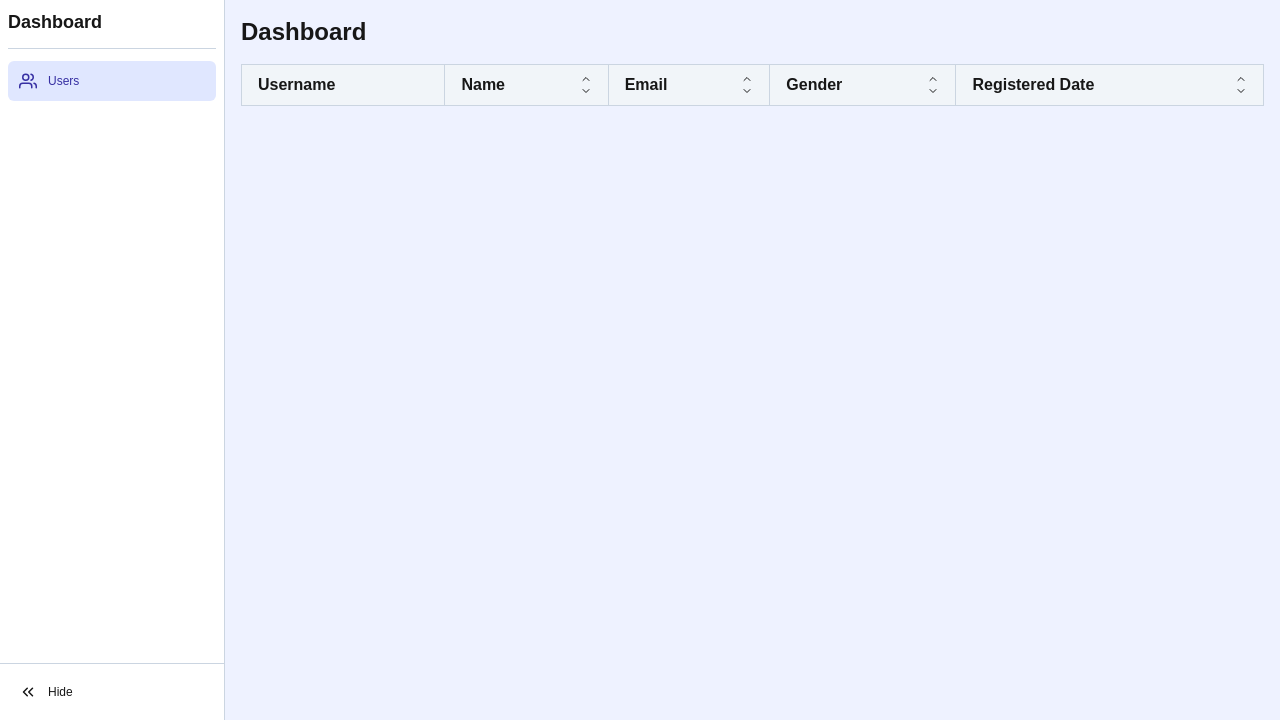
Repository: Ademaulana100499/userdashboard
Page: /
An editor plug-in stored every save of this project. The page is shown before and after the next save, followed by the edit.
The browser window is 1280 px wide. The pictures show the whole page.
The page's requests for data from a server got no answer. The project was rebuilt for these pictures with package versions that can differ from the ones it lists, and the page was loaded fresh each time. The framework's server and built-in components were replaced by stand-ins that run in the browser. No one was signed in, and anything a server would have sent is missing. Also part of the build but not shown: next.config.mjs.

Above is the page before, as saved 2025-02-14 19:34:19.

### src/pages/index.js
import React from "react";
import Sidebar from "@/components/Sidebar";
import DashboardContent from "@/components/DashboardContent";
const Dashboard = () => {
  return (
    <div className="flex bg-indigo-50">
      <Sidebar />
      <DashboardContent />
    </div>
  );
};

export default Dashboard;

### src/components/Sidebar.jsx
import React, { useState } from "react";
import { FiChevronsRight, FiUsers } from "react-icons/fi";
import { motion } from "framer-motion";
const Sidebar = () => {
  const [open, setOpen] = useState(true);
  const [selected, setSelected] = useState("Users");

  return (
    <motion.nav
      layout
      className="sticky top-0 h-screen shrink-0 border-r border-slate-300 bg-white p-2"
      style={{
        width: open ? "225px" : "fit-content",
      }}>
      <TitleSection open={open} />

      <div className="space-y-1">
        <Option
          Icon={FiUsers}
          title="Users"
          selected={selected}
          setSelected={setSelected}
          open={open}
        />
      </div>

      <ToggleClose open={open} setOpen={setOpen} />
    </motion.nav>
  );
};

const Option = ({ Icon, title, selected, setSelected, open, notifs }) => {
  return (
    <motion.button
      layout
      onClick={() => setSelected(title)}
      className={`relative flex h-10 w-full items-center rounded-md transition-colors ${
        selected === title
          ? "bg-indigo-100 text-indigo-800"
          : "text-slate-500 hover:bg-slate-100"
      }`}>
      <motion.div
        layout
        className="grid h-full w-10 place-content-center text-lg">
        <Icon />
      </motion.div>
      {open && (
        <motion.span
          layout
          initial={{ opacity: 0, y: 12 }}
          animate={{ opacity: 1, y: 0 }}
          transition={{ delay: 0.125 }}
          className="text-xs font-medium">
          {title}
        </motion.span>
      )}

      {notifs && open && (
        <motion.span
          initial={{ scale: 0, opacity: 0 }}
          animate={{
            opacity: 1,
            scale: 1,
          }}
          style={{ y: "-50%" }}
          transition={{ delay: 0.5 }}
          className="absolute right-2 top-1/2 size-4 rounded bg-indigo-500 text-xs text-white">
          {notifs}
        </motion.span>
      )}
    </motion.button>
  );
};

const TitleSection = ({ open }) => {
  return (
    <div className="mb-3 border-b border-slate-300 pb-3">
      <div className="flex cursor-pointer items-center justify-between rounded-md transition-colors hover:bg-slate-100">
        <div className="flex justify-center items-center">
          {open && (
            <motion.div
              layout
              initial={{ opacity: 0, y: 12 }}
              animate={{ opacity: 1, y: 0 }}
              transition={{ delay: 0.125 }}>
              <span className="block text-lg font-semibold">Dashboard</span>
            </motion.div>
          )}
        </div>
      </div>
    </div>
  );
};

const ToggleClose = ({ open, setOpen }) => {
  return (
    <motion.button
      layout
      onClick={() => setOpen((pv) => !pv)}
      className="absolute bottom-0 left-0 right-0 border-t border-slate-300 transition-colors hover:bg-slate-100">
      <div className="flex items-center p-2">
        <motion.div
          layout
          className="grid size-10 place-content-center text-lg">
          <FiChevronsRight
            className={`transition-transform ${open && "rotate-180"}`}
          />
        </motion.div>
        {open && (
          <motion.span
            layout
            initial={{ opacity: 0, y: 12 }}
            animate={{ opacity: 1, y: 0 }}
            transition={{ delay: 0.125 }}
            className="text-xs font-medium">
            Hide
          </motion.span>
        )}
      </div>
    </motion.button>
  );
};

export default Sidebar;

### src/components/DashboardContent.jsx
import { FiChevronUp, FiChevronDown } from "react-icons/fi";
import { useState, useEffect } from "react";

const DashboardContent = () => {
  const [data, setData] = useState([]);

  const fetchData = async () => {
    try {
      const response = await fetch(
        "https://randomuser.me/api/?page=1&pageSize=10&results=10&gender=female"
      );
      const data = await response.json();
      setData(data.results);
    } catch (error) {
      console.error("Error fetching data:", error);
    }
  };

  useEffect(() => {
    fetchData();
  }, []);
  console.log(data);
  return (
    <div className="flex-1 p-4">
      <h1 className="text-2xl font-semibold mb-4">Dashboard</h1>
      <table className="min-w-full table-auto border-collapse border border-slate-300">
        <thead>
          <tr className="bg-slate-100">
            <th className="border border-slate-300 px-4 py-2 text-left">
              Username
            </th>
            <th className="border border-slate-300 px-4 py-2 text-left">
              <div className="flex justify-between items-center">
                <span>Name</span>
                <div className="flex flex-col items-center">
                  <FiChevronUp className="text-xs" />
                  <FiChevronDown className="text-xs" />
                </div>
              </div>
            </th>
            <th className="border border-slate-300 px-4 py-2 text-left">
              <div className="flex justify-between items-center">
                <span>Email</span>
                <div className="flex flex-col items-center">
                  <FiChevronUp className="text-xs" />
                  <FiChevronDown className="text-xs" />
                </div>
              </div>
            </th>
            <th className="border border-slate-300 px-4 py-2 text-left">
              <div className="flex justify-between items-center">
                <span>Gender</span>
                <div className="flex flex-col items-center">
                  <FiChevronUp className="text-xs" />
                  <FiChevronDown className="text-xs" />
                </div>
              </div>
            </th>
            <th className="border border-slate-300 px-4 py-2 text-left">
              <div className="flex justify-between items-center">
                <span>Registered Date</span>
                <div className="flex flex-col items-center">
                  <FiChevronUp className="text-xs" />
                  <FiChevronDown className="text-xs" />
                </div>
              </div>
            </th>
          </tr>
        </thead>
        <tbody>
          {data.map((user, index) => (
            <tr key={index} className="hover:bg-slate-50">
              <td className="border border-slate-300 px-4 py-2">
                {user.login.username}
              </td>
              <td className="border border-slate-300 px-4 py-2">
                {user.name.title} {user.name.first} {user.name.last}
              </td>
              <td className="border border-slate-300 px-4 py-2">
                {user.email}
              </td>
              <td className="border border-slate-300 px-4 py-2">
                {user.gender}
              </td>
              <td className="border border-slate-300 px-4 py-2">
                {new Date(user.registered.date)
                  .toLocaleString("id-ID", {
                    day: "2-digit",
                    month: "2-digit",
                    year: "numeric",
                    hour: "2-digit",
                    minute: "2-digit",
                  })
                  .replace(",", "")
                  .replace("/", "-")
                  .replace("/", "-")
                  .replace(".", ":")}
              </td>
            </tr>
          ))}
        </tbody>
      </table>
    </div>
  );
};

export default DashboardContent;

Loaded but not shown: src/pages/_app.js (common file); src/pages/_document.js (common file); src/styles/globals.css (common file); tailwind.config.mjs (common file)

After the next save:
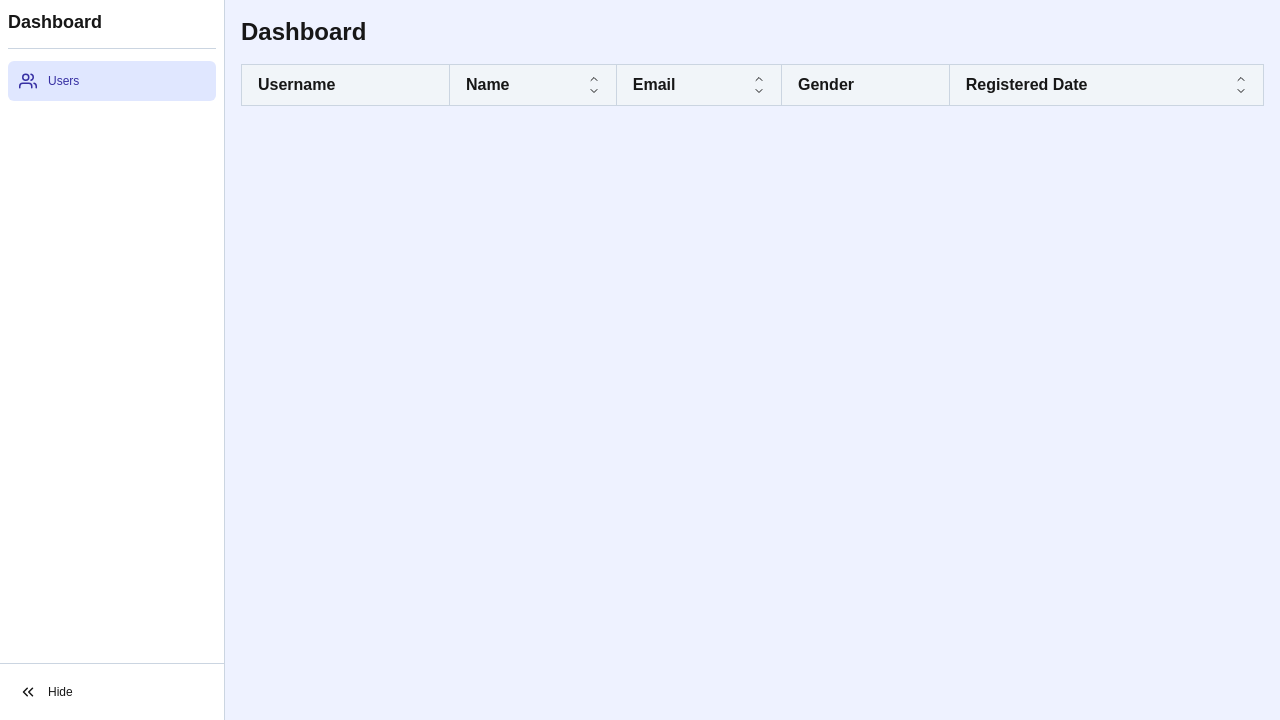
Saved 2 min 49 s later.
--- a/src/components/DashboardContent.jsx
+++ b/src/components/DashboardContent.jsx
@@ -3,6 +3,7 @@
 
 const DashboardContent = () => {
   const [data, setData] = useState([]);
+  const [sortConfig, setSortConfig] = useState({ key: null, direction: "asc" });
 
   const fetchData = async () => {
     try {
@@ -19,7 +20,32 @@
   useEffect(() => {
     fetchData();
   }, []);
-  console.log(data);
+
+  const handleSort = (key) => {
+    let direction = "asc";
+    if (sortConfig.key === key && sortConfig.direction === "asc") {
+      direction = "desc";
+    }
+    setSortConfig({ key, direction });
+
+    const sortedData = [...data].sort((a, b) => {
+      let valA = a[key],
+        valB = b[key];
+      if (key === "name") {
+        valA = `${a.name.first} ${a.name.last}`;
+        valB = `${b.name.first} ${b.name.last}`;
+      } else if (key === "registered") {
+        valA = new Date(a.registered.date);
+        valB = new Date(b.registered.date);
+      }
+
+      if (valA < valB) return direction === "asc" ? -1 : 1;
+      if (valA > valB) return direction === "asc" ? 1 : -1;
+      return 0;
+    });
+    setData(sortedData);
+  };
+
   return (
     <div className="flex-1 p-4">
       <h1 className="text-2xl font-semibold mb-4">Dashboard</h1>
@@ -33,8 +59,14 @@
               <div className="flex justify-between items-center">
                 <span>Name</span>
                 <div className="flex flex-col items-center">
-                  <FiChevronUp className="text-xs" />
-                  <FiChevronDown className="text-xs" />
+                  <FiChevronUp
+                    onClick={() => handleSort("name")}
+                    className="text-xs cursor-pointer"
+                  />
+                  <FiChevronDown
+                    onClick={() => handleSort("name")}
+                    className="text-xs cursor-pointer"
+                  />
                 </div>
               </div>
             </th>
@@ -42,26 +74,32 @@
               <div className="flex justify-between items-center">
                 <span>Email</span>
                 <div className="flex flex-col items-center">
-                  <FiChevronUp className="text-xs" />
-                  <FiChevronDown className="text-xs" />
+                  <FiChevronUp
+                    onClick={() => handleSort("email")}
+                    className="text-xs cursor-pointer"
+                  />
+                  <FiChevronDown
+                    onClick={() => handleSort("email")}
+                    className="text-xs cursor-pointer"
+                  />
                 </div>
               </div>
             </th>
             <th className="border border-slate-300 px-4 py-2 text-left">
-              <div className="flex justify-between items-center">
-                <span>Gender</span>
-                <div className="flex flex-col items-center">
-                  <FiChevronUp className="text-xs" />
-                  <FiChevronDown className="text-xs" />
-                </div>
-              </div>
+              Gender
             </th>
             <th className="border border-slate-300 px-4 py-2 text-left">
               <div className="flex justify-between items-center">
                 <span>Registered Date</span>
                 <div className="flex flex-col items-center">
-                  <FiChevronUp className="text-xs" />
-                  <FiChevronDown className="text-xs" />
+                  <FiChevronUp
+                    onClick={() => handleSort("registered")}
+                    className="text-xs cursor-pointer"
+                  />
+                  <FiChevronDown
+                    onClick={() => handleSort("registered")}
+                    className="text-xs cursor-pointer"
+                  />
                 </div>
               </div>
             </th>

After the save that followed:
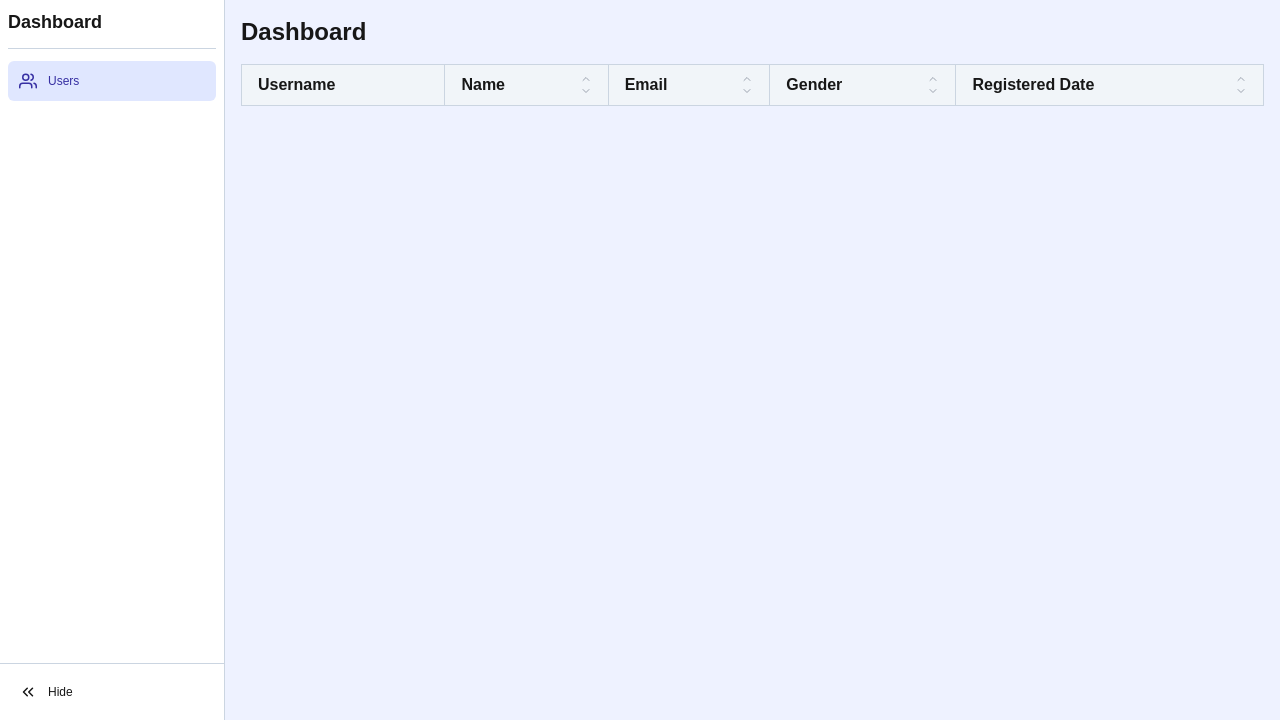
Saved 118 s later.
--- a/src/components/DashboardContent.jsx
+++ b/src/components/DashboardContent.jsx
@@ -3,7 +3,7 @@
 
 const DashboardContent = () => {
   const [data, setData] = useState([]);
-  const [sortConfig, setSortConfig] = useState({ key: null, direction: "asc" });
+  const [sortConfig, setSortConfig] = useState({ key: null, direction: null });
 
   const fetchData = async () => {
     try {
@@ -27,23 +27,20 @@
       direction = "desc";
     }
     setSortConfig({ key, direction });
+    setData(
+      [...data].sort((a, b) => {
+        if (a[key] < b[key]) return direction === "asc" ? -1 : 1;
+        if (a[key] > b[key]) return direction === "asc" ? 1 : -1;
+        return 0;
+      })
+    );
+  };
 
-    const sortedData = [...data].sort((a, b) => {
-      let valA = a[key],
-        valB = b[key];
-      if (key === "name") {
-        valA = `${a.name.first} ${a.name.last}`;
-        valB = `${b.name.first} ${b.name.last}`;
-      } else if (key === "registered") {
-        valA = new Date(a.registered.date);
-        valB = new Date(b.registered.date);
-      }
-
-      if (valA < valB) return direction === "asc" ? -1 : 1;
-      if (valA > valB) return direction === "asc" ? 1 : -1;
-      return 0;
-    });
-    setData(sortedData);
+  const getSortIconStyle = (key, direction) => {
+    if (sortConfig.key !== key) return "text-gray-400";
+    return direction === sortConfig.direction
+      ? "text-blue-500"
+      : "text-gray-400";
   };
 
   return (
@@ -60,12 +57,18 @@
                 <span>Name</span>
                 <div className="flex flex-col items-center">
                   <FiChevronUp
-                    onClick={() => handleSort("name")}
-                    className="text-xs cursor-pointer"
+                    onClick={() => handleSort("name.first")}
+                    className={`text-xs cursor-pointer ${getSortIconStyle(
+                      "name.first",
+                      "asc"
+                    )}`}
                   />
                   <FiChevronDown
-                    onClick={() => handleSort("name")}
-                    className="text-xs cursor-pointer"
+                    onClick={() => handleSort("name.first")}
+                    className={`text-xs cursor-pointer ${getSortIconStyle(
+                      "name.first",
+                      "desc"
+                    )}`}
                   />
                 </div>
               </div>
@@ -76,29 +79,59 @@
                 <div className="flex flex-col items-center">
                   <FiChevronUp
                     onClick={() => handleSort("email")}
-                    className="text-xs cursor-pointer"
+                    className={`text-xs cursor-pointer ${getSortIconStyle(
+                      "email",
+                      "asc"
+                    )}`}
                   />
                   <FiChevronDown
                     onClick={() => handleSort("email")}
-                    className="text-xs cursor-pointer"
+                    className={`text-xs cursor-pointer ${getSortIconStyle(
+                      "email",
+                      "desc"
+                    )}`}
                   />
                 </div>
               </div>
             </th>
             <th className="border border-slate-300 px-4 py-2 text-left">
-              Gender
+              <div className="flex justify-between items-center">
+                <span>Gender</span>
+                <div className="flex flex-col items-center">
+                  <FiChevronUp
+                    onClick={() => handleSort("gender")}
+                    className={`text-xs cursor-pointer ${getSortIconStyle(
+                      "gender",
+                      "asc"
+                    )}`}
+                  />
+                  <FiChevronDown
+                    onClick={() => handleSort("gender")}
+                    className={`text-xs cursor-pointer ${getSortIconStyle(
+                      "gender",
+                      "desc"
+                    )}`}
+                  />
+                </div>
+              </div>
             </th>
             <th className="border border-slate-300 px-4 py-2 text-left">
               <div className="flex justify-between items-center">
                 <span>Registered Date</span>
                 <div className="flex flex-col items-center">
                   <FiChevronUp
-                    onClick={() => handleSort("registered")}
-                    className="text-xs cursor-pointer"
+                    onClick={() => handleSort("registered.date")}
+                    className={`text-xs cursor-pointer ${getSortIconStyle(
+                      "registered.date",
+                      "asc"
+                    )}`}
                   />
                   <FiChevronDown
-                    onClick={() => handleSort("registered")}
-                    className="text-xs cursor-pointer"
+                    onClick={() => handleSort("registered.date")}
+                    className={`text-xs cursor-pointer ${getSortIconStyle(
+                      "registered.date",
+                      "desc"
+                    )}`}
                   />
                 </div>
               </div>
